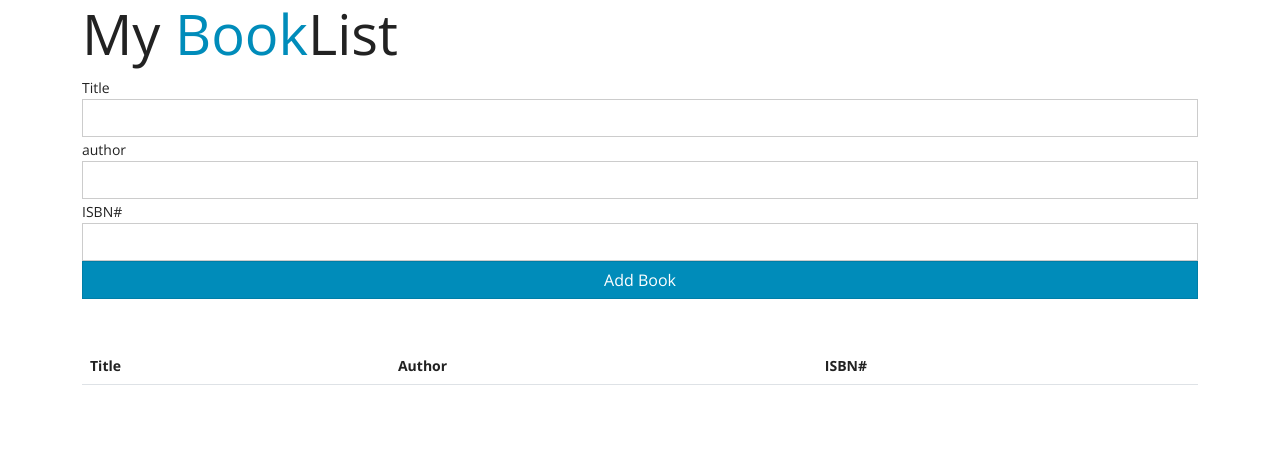
Repository: Fauzaanmhmd/vanillaBookList
Page: index.html
These files come from the project's save history. The page is drawn as it stood at one moment and after the next save; the edit follows.
The browser window is 1280 px wide. The pictures show the whole page.

Above is the page before, as saved 2022-02-15 02:50:33.

After the next save:
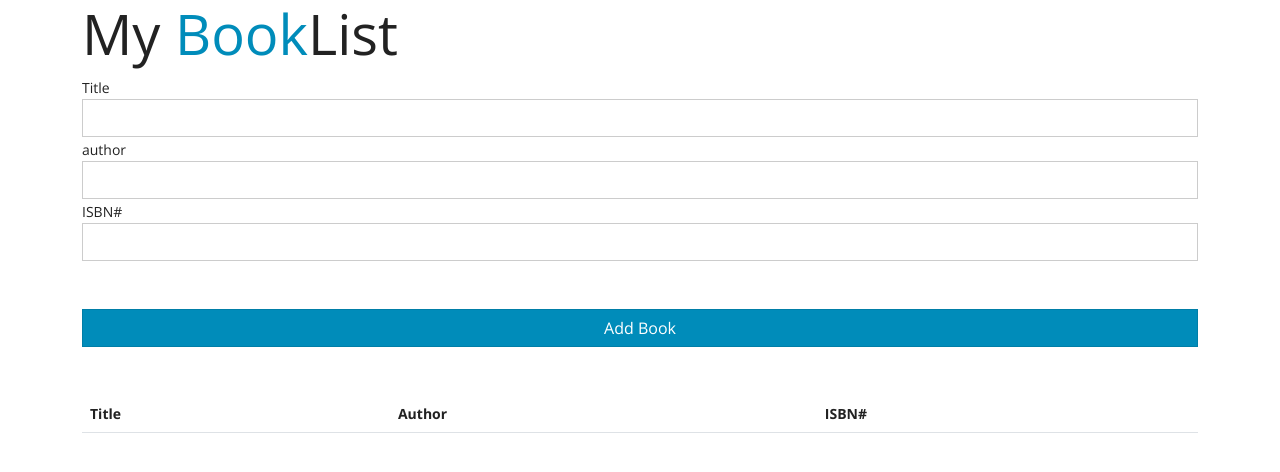
Saved 10 s later.
--- a/index.html
+++ b/index.html
@@ -25,7 +25,7 @@
                 <label for="isbn">ISBN#</label>
                 <input type="text" id="title" class="form-control">
             </div>
-            <input type="submit" value="Add Book" class="btn btn-primary col-12">
+            <input type="submit" value="Add Book" class="btn btn-primary col-12 mt-5">
         </form>
         <table class="table table-striped mt-5">
             <thead>
